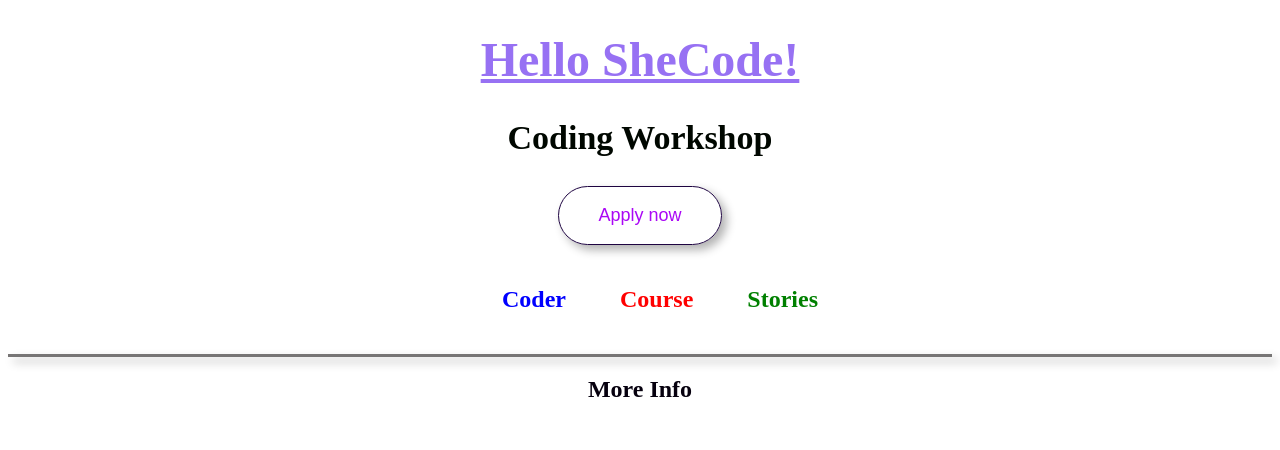
Repository: VickyJacob23/SheCode
Page: firstCode/index.html
These files come from the project's save history. The page is drawn as it stood at one moment and after the next save; the edit follows.
The browser window is 1280 px wide. The pictures show the part of the page from y = 0 to 450 px (the page is 870 px tall before and 877 px after).
Pictures or frames that could not be fetched are drawn as grey boxes.

Above is the page before, as saved 2024-08-26 20:30:40.
Not found: firstCode/style.css

### firstCode/index.html
<!DOCTYPE html>
<html lang="en">
<head>
    <meta charset="UTF-8">
    <meta name="viewport" content="width=device-width, initial-scale=1.0">
    <link rel="stylesheet" href="style.css">
    <title>Week 1</title>
    <style>
        h1 {
        color: #9771F3;
        font-size: 48px;
        font-family: 'Times New Roman', Times, serif;
        font-weight: 200;
        text-decoration: underline;
        text-align: center;
        }
         .subheading{
            color:rgb(0, 7, 0);
            text-align: center;
            font-size: 34px;
        }
        .blue a{
            color: blue;
        }
        .red a{
            color: red;
        }
        .green a{
            color: green;
        }

        .subtitle{
            color: #06000e;
            font-size: 24px;
            font-weight: bold;
            text-align: center;
        }
        img{
            display: block;
            margin: 0 auto;
        }
        .btn{
            border: 0.1em solid #1e0441;
            padding:1em;
            width: 13%;
            margin: 0 auto;
            display: block;
            font-size: 18px;
            font-weight: 500;
            color:#aa08f5;
            text-align: center;
            border-radius: 40px;
            box-shadow:5px 5px 10px rgba(0, 0, 0, 0.3);
            background:transparent;
            transition: all 0.3s ease-in-out;
        }
        .btn:hover{
            background-color: #aa08f5;
            color: white;
            cursor: pointer;
        }
        ul{
            list-style: none;
            display: block;
            text-align: center;
        }
        li{
            padding: 25px;
            display: inline-block;
            font-size: 24px;
            font-weight: 600;
            margin: 0 auto;
        }
        li a{
                text-decoration: none;
        }
        li a:hover{
            text-decoration: underline;
        }
        hr{
            border: 0;
            height: 3px;
            background-color: #777575;
            margin: 0;
            box-shadow:5px 5px 10px rgba(0, 0, 0, 0.3);

        }
    </style>
</head>
<body>
   <h1> <strong>Hello SheCode!</strong> </h1>
   <h2 class="subheading"><strong>Coding Workshop</strong></h2>
   <button class ="btn">Apply now</button>
   <ul>
   <li class ="blue"><a href ="https://www.shecodes.io/students">Coder</a></li>
   <li class="red"><a href ="https://www.shecodes.io/workshops">Course </a></li>
   <li class="green"><a href="https://www.shecodes.io/stories ">Stories</a></li>
   </ul>
   <hr>
   <h2 class="subtitle"><strong>More Info </strong><h2><br>
   <img src ="https://encrypted-tbn0.gstatic.com/images?q=tbn:ANd9GcTrV5A29ha7q8O2hQS1jDZrfVgzSeF8vFF2UA&s" alt="A woman coding" width="400" height="400">
</body>
</html>

After the next save:
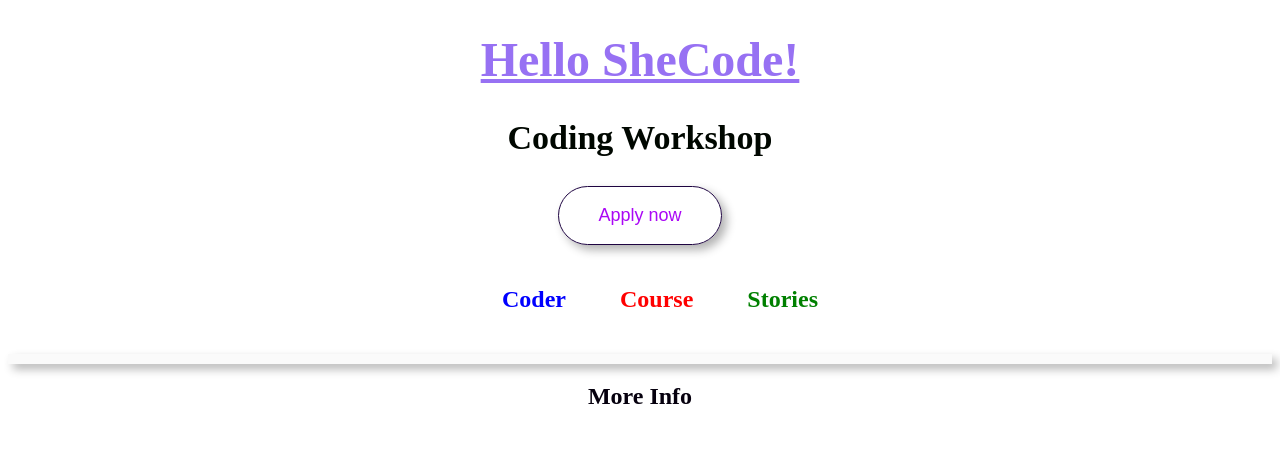
Saved 23 s later.
--- a/firstCode/index.html
+++ b/firstCode/index.html
@@ -79,8 +79,8 @@
         }
         hr{
             border: 0;
-            height: 3px;
-            background-color: #777575;
+            height: 10px;
+            background-color: #fafafa;
             margin: 0;
             box-shadow:5px 5px 10px rgba(0, 0, 0, 0.3);
 
